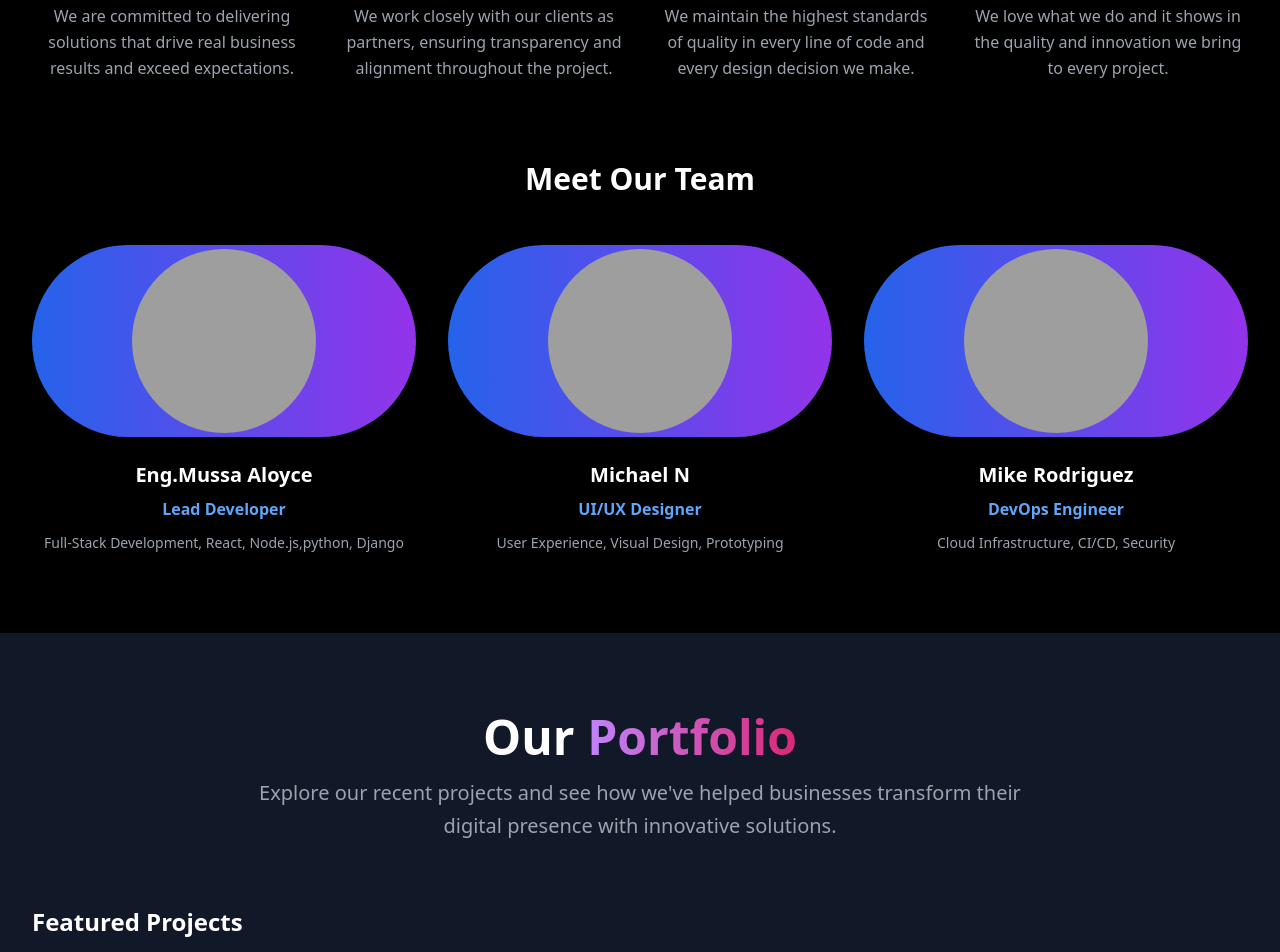
Repository: naza-webtech/nazawebtech.com
Page: /
These files come from the project's save history. The page is drawn as it stood at one moment and after the next save; the edit follows.
The browser window is 1280 px wide. The pictures show the part of the page from y = 3939 to 4891 px (the page is 9097 px tall).
Pictures or frames that could not be fetched are drawn as grey boxes. The project was rebuilt for these pictures with package versions that can differ from the ones it lists, and the page was loaded fresh each time. Also part of the build but not shown: vite.config.ts.

Above is the page before, as saved 2025-11-14 09:20:07.

### index.html
<!doctype html>
<html lang="en">
  <head>
    <meta charset="UTF-8" />
    <link rel="icon" type="image/svg+xml" href="/vite.svg" />
    <meta name="viewport" content="width=device-width, initial-scale=1.0" />
    <title>NazaWebTech - Web Development & Digital Solutions</title>
    <meta name="description" content="Transform your business with innovative web development, mobile apps, and digital solutions. Expert team delivering cutting-edge technology solutions.">
    <meta name="keywords" content="web development, mobile apps, e-commerce, digital solutions, React, Next.js, technology consulting">
  </head>
  <body>
    <div id="root"></div>
    <script type="module" src="/src/main.tsx"></script>
  </body>
</html>

### src/App.tsx
import React from 'react';
import Header from './components/Header';
import Hero from './components/Hero';
import Services from './components/Services';
import About from './components/About';
import Portfolio from './components/Portfolio';
import Testimonials from './components/Testimonials';
import Contact from './components/Contact';
import Footer from './components/Footer';

function App() {
  return (
    <div className="bg-black">
      <Header />
      <Hero />
      <Services />
      <About />
      <Portfolio />
      <Testimonials />
      <Contact />
      <Footer />
    </div>
  );
}

export default App;

### src/components/Header.tsx
import React, { useState, useEffect } from 'react';
import { Menu, X, Code2 } from 'lucide-react';

const Header = () => {
  const [isMenuOpen, setIsMenuOpen] = useState(false);
  const [isScrolled, setIsScrolled] = useState(false);

  useEffect(() => {
    const handleScroll = () => {
      setIsScrolled(window.scrollY > 50);
    };
    window.addEventListener('scroll', handleScroll);
    return () => window.removeEventListener('scroll', handleScroll);
  }, []);

  const navItems = [
    { label: 'Home', href: '#home' },
    { label: 'Services', href: '#services' },
    { label: 'About', href: '#about' },
    { label: 'Portfolio', href: '#portfolio' },
    { label: 'Contact', href: '#contact' },
  ];

  const scrollToSection = (href: string) => {
    const element = document.querySelector(href);
    if (element) {
      element.scrollIntoView({ behavior: 'smooth' });
      setIsMenuOpen(false);
    }
  };

  return (
    <header className={`fixed top-0 left-0 right-0 z-50 transition-all duration-300 ${
      isScrolled ? 'bg-gray-900/95 backdrop-blur-md shadow-lg' : 'bg-transparent'
    }`}>
      <div className="max-w-7xl mx-auto px-4 sm:px-6 lg:px-8">
        <div className="flex items-center justify-between h-16">
          <div className="flex items-center space-x-2">
            <Code2 className="h-8 w-8 text-blue-500" />
            <span className="text-xl font-bold text-white">NazaWebTech</span>
          </div>

          <nav className="hidden md:flex items-center space-x-8">
            {navItems.map((item) => (
              <button
                key={item.label}
                onClick={() => scrollToSection(item.href)}
                className="text-gray-300 hover:text-white transition-colors duration-200 font-medium"
              >
                {item.label}
              </button>
            ))}
            <button
              onClick={() => scrollToSection('#contact')}
              className="bg-blue-600 hover:bg-blue-700 text-white px-6 py-2 rounded-full transition-colors duration-200 font-medium"
            >
              Get Started
            </button>
          </nav>

          <button
            className="md:hidden text-white"
            onClick={() => setIsMenuOpen(!isMenuOpen)}
          >
            {isMenuOpen ? <X size={24} /> : <Menu size={24} />}
          </button>
        </div>

        {/* Mobile menu */}
        {isMenuOpen && (
          <div className="md:hidden bg-gray-900/95 backdrop-blur-md rounded-lg mt-2 p-4">
            {navItems.map((item) => (
              <button
                key={item.label}
                onClick={() => scrollToSection(item.href)}
                className="block w-full text-left text-gray-300 hover:text-white py-2 transition-colors duration-200"
              >
                {item.label}
              </button>
            ))}
            <button
              onClick={() => scrollToSection('#contact')}
              className="w-full bg-blue-600 hover:bg-blue-700 text-white px-6 py-2 rounded-full transition-colors duration-200 mt-4"
            >
              Get Started
            </button>
          </div>
        )}
      </div>
    </header>
  );
};

export default Header;

### src/components/Hero.tsx
import React from 'react';
import { ArrowRight, Play } from 'lucide-react';

const Hero = () => {
  const scrollToSection = (href: string) => {
    const element = document.querySelector(href);
    if (element) {
      element.scrollIntoView({ behavior: 'smooth' });
    }
  };

  return (
    <section id="home" className="relative min-h-screen flex items-center justify-center overflow-hidden">
      {/* Background */}
      <div className="absolute inset-0 bg-gradient-to-br from-gray-900 via-gray-800 to-black">
        <div className="absolute inset-0 bg-[url('https://images.pexels.com/photos/546819/pexels-photo-546819.jpeg')] bg-cover bg-center opacity-10"></div>
        <div className="absolute inset-0 bg-gradient-to-r from-blue-600/20 to-purple-600/20"></div>
      </div>

      {/* Animated particles */}
      <div className="absolute inset-0">
        {[...Array(20)].map((_, i) => (
          <div
            key={i}
            className="absolute w-2 h-2 bg-blue-500 rounded-full opacity-30 animate-pulse"
            style={{
              left: `${Math.random() * 100}%`,
              top: `${Math.random() * 100}%`,
              animationDelay: `${Math.random() * 3}s`,
              animationDuration: `${2 + Math.random() * 3}s`,
            }}
          />
        ))}
      </div>

      <div className="relative z-10 max-w-7xl mx-auto px-4 sm:px-6 lg:px-8 text-center">
        <div className="max-w-4xl mx-auto">
          <h1 className="text-5xl md:text-7xl font-bold text-white mb-6 leading-tight">
            <span className="bg-gradient-to-r from-blue-400 to-purple-600 bg-clip-text text-transparent">
              Crafting
            </span>{' '}
            Digital Excellence
          </h1>

          <p className="text-xl md:text-2xl text-gray-300 mb-8 leading-relaxed max-w-3xl mx-auto">
            We transform your vision into powerful digital experiences through cutting-edge web development,
            innovative design, and strategic technology solutions.
          </p>

          <div className="flex flex-col sm:flex-row items-center justify-center gap-4 mb-12">
            <button
              onClick={() => scrollToSection('#services')}
              className="group bg-blue-600 hover:bg-blue-700 text-white px-8 py-4 rounded-full font-semibold transition-all duration-300 transform hover:scale-105 hover:shadow-xl flex items-center gap-2"
            >
              Explore Our Services
              <ArrowRight className="w-5 h-5 group-hover:translate-x-1 transition-transform duration-300" />
            </button>

            <button
              onClick={() => scrollToSection('#portfolio')}
              className="group bg-transparent border-2 border-white text-white hover:bg-white hover:text-gray-900 px-8 py-4 rounded-full font-semibold transition-all duration-300 flex items-center gap-2"
            >
              <Play className="w-5 h-5" />
              View Our Work
            </button>
          </div>

          <div className="grid grid-cols-1 md:grid-cols-3 gap-8 mt-16">
            <div className="text-center">
              <div className="text-4xl font-bold text-blue-400 mb-2">50+</div>
              <div className="text-gray-400">Projects Completed</div>
            </div>
            <div className="text-center">
              <div className="text-4xl font-bold text-emerald-400 mb-2">5+</div>
              <div className="text-gray-400">Years Experience</div>
            </div>
            <div className="text-center">
              <div className="text-4xl font-bold text-orange-400 mb-2">100%</div>
              <div className="text-gray-400">Client Satisfaction</div>
            </div>
          </div>
        </div>
      </div>

      {/* Scroll indicator */}
      <div className="absolute bottom-8 left-1/2 transform -translate-x-1/2 animate-bounce">
        <div className="w-6 h-10 border-2 border-white rounded-full flex justify-center">
          <div className="w-1 h-3 bg-white rounded-full mt-2 animate-pulse"></div>
        </div>
      </div>
    </section>
  );
};

export default Hero;

### src/components/About.tsx
import React from 'react';
import { Users, Award, Target, Heart } from 'lucide-react';

const About = () => {
  const values = [
    {
      icon: <Target className="w-6 h-6" />,
      title: 'Mission-Driven',
      description: 'We are committed to delivering solutions that drive real business results and exceed expectations.'
    },
    {
      icon: <Users className="w-6 h-6" />,
      title: 'Collaborative',
      description: 'We work closely with our clients as partners, ensuring transparency and alignment throughout the project.'
    },
    {
      icon: <Award className="w-6 h-6" />,
      title: 'Excellence',
      description: 'We maintain the highest standards of quality in every line of code and every design decision we make.'
    },
    {
      icon: <Heart className="w-6 h-6" />,
      title: 'Passionate',
      description: 'We love what we do and it shows in the quality and innovation we bring to every project.'
    }
  ];

  const team = [
    {
      name: 'Eng.Mussa Aloyce',
      role: 'Lead Developer',
      image: 'p',
      expertise: 'Full-Stack Development, React, Node.js,python, Django'
    },
    {
      name: 'Michael N',
      role: 'UI/UX Designer',
      image: 'https://images.pexels.com/photos/774909/pexels-photo-774909.jpeg',
      expertise: 'User Experience, Visual Design, Prototyping'
    },
    {
      name: 'Mike Rodriguez',
      role: 'DevOps Engineer',
      image: 'https://images.pexels.com/photos/697509/pexels-photo-697509.jpeg',
      expertise: 'Cloud Infrastructure, CI/CD, Security'
    }
  ];

  return (
    <section id="about" className="py-20 bg-black">
      <div className="max-w-7xl mx-auto px-4 sm:px-6 lg:px-8">
        <div className="text-center mb-16">
          <h2 className="text-4xl md:text-5xl font-bold text-white mb-4">
            About <span className="bg-gradient-to-r from-emerald-400 to-blue-600 bg-clip-text text-transparent">NazaWebTech</span>
          </h2>
          <p className="text-xl text-gray-400 max-w-3xl mx-auto leading-relaxed">
            We're a passionate team of developers, designers, and strategists dedicated to creating
            exceptional digital experiences that drive business growth.
          </p>
        </div>

        <div className="grid grid-cols-1 lg:grid-cols-2 gap-16 items-center mb-20">
          <div>
            <h3 className="text-3xl font-bold text-white mb-6">Our Story</h3>
            <p className="text-gray-300 mb-6 leading-relaxed">
              Founded in 2019, NazaWebTech began as a vision to bridge the gap between cutting-edge
              technology and business success. We've grown from a small startup to a trusted partner
              for businesses ranging from startups to enterprise corporations.
            </p>
            <p className="text-gray-300 mb-6 leading-relaxed">
              Our approach combines technical expertise with deep business understanding, ensuring
              that every solution we create not only works flawlessly but also drives measurable
              results for our clients.
            </p>
            <div className="flex items-center space-x-8">
              <div>
                <div className="text-2xl font-bold text-emerald-400">50+</div>
                <div className="text-gray-400 text-sm">Happy Clients</div>
              </div>
              <div>
                <div className="text-2xl font-bold text-blue-400">100+</div>
                <div className="text-gray-400 text-sm">Projects</div>
              </div>
              <div>
                <div className="text-2xl font-bold text-orange-400">5+</div>
                <div className="text-gray-400 text-sm">Years</div>
              </div>
            </div>
          </div>

          <div className="relative">
            <div className="absolute inset-0 bg-gradient-to-r from-blue-600 to-purple-600 rounded-2xl transform rotate-3"></div>
            <img
              src="https://images.pexels.com/photos/3183150/pexels-photo-3183150.jpeg"
              alt="Team working"
              className="relative rounded-2xl w-full h-96 object-cover"
            />
          </div>
        </div>

        <div className="mb-20">
          <h3 className="text-3xl font-bold text-white text-center mb-12">Our Values</h3>
          <div className="grid grid-cols-1 md:grid-cols-2 lg:grid-cols-4 gap-8">
            {values.map((value, index) => (
              <div key={index} className="text-center">
                <div className="bg-gradient-to-r from-blue-600 to-purple-600 w-12 h-12 rounded-full flex items-center justify-center mx-auto mb-4 text-white">
                  {value.icon}
                </div>
                <h4 className="text-xl font-bold text-white mb-3">{value.title}</h4>
                <p className="text-gray-400 leading-relaxed">{value.description}</p>
              </div>
            ))}
          </div>
        </div>

        <div>
          <h3 className="text-3xl font-bold text-white text-center mb-12">Meet Our Team</h3>
          <div className="grid grid-cols-1 md:grid-cols-3 gap-8">
            {team.map((member, index) => (
              <div key={index} className="group text-center">
                <div className="relative mb-6">
                  <div className="absolute inset-0 bg-gradient-to-r from-blue-600 to-purple-600 rounded-full transform group-hover:scale-105 transition-transform duration-300"></div>
                  <img
                    src={member.image}
                    alt={member.name}
                    className="relative w-48 h-48 rounded-full object-cover mx-auto p-1"
                  />
                </div>
                <h4 className="text-xl font-bold text-white mb-2">{member.name}</h4>
                <p className="text-blue-400 font-semibold mb-3">{member.role}</p>
                <p className="text-gray-400 text-sm">{member.expertise}</p>
              </div>
            ))}
          </div>
        </div>
      </div>
    </section>
  );
};

export default About;

### src/components/Testimonials.tsx
import React from 'react';
import { Star, Quote } from 'lucide-react';

const Testimonials = () => {
  const testimonials = [
    {
      name: 'M',
      role: 'CEO, TechStart Inc.',
      image: 'https://images.pexels.com/photos/415829/pexels-photo-415829.jpeg',
      content: 'NazaWebTech transformed our outdated website into a modern, high-performing platform that increased our conversions by 200%. Their attention to detail and technical expertise is unmatched.',
      rating: 5
    },
    {
      name: 'David Kim',
      role: 'Founder, EcoCommerce',
      image: 'https://images.pexels.com/photos/1222271/pexels-photo-1222271.jpeg',
      content: 'Working with NazaWebTech was a game-changer for our e-commerce business. They delivered a scalable solution that handles our peak traffic seamlessly. Highly recommended!',
      rating: 5
    },
    {
      name: 'Maria Santos',
      role: 'CTO, HealthTech Solutions',
      image: 'https://images.pexels.com/photos/733872/pexels-photo-733872.jpeg',
      content: 'The team\'s expertise in healthcare technology and compliance requirements was impressive. They delivered a HIPAA-compliant platform that exceeds all our expectations.',
      rating: 5
    },
    {
      name: 'Robert Chen',
      role: 'Director, Financial Services',
      image: 'https://images.pexels.com/photos/1043471/pexels-photo-1043471.jpeg',
      content: 'Security and performance were our top priorities, and NazaWebTech delivered on both fronts. Our mobile app has been running flawlessly with zero security incidents.',
      rating: 5
    }
  ];

  return (
    <section className="py-20 bg-black">
      <div className="max-w-7xl mx-auto px-4 sm:px-6 lg:px-8">
        <div className="text-center mb-16">
          <h2 className="text-4xl md:text-5xl font-bold text-white mb-4">
            What Our <span className="bg-gradient-to-r from-yellow-400 to-orange-600 bg-clip-text text-transparent">Clients Say</span>
          </h2>
          <p className="text-xl text-gray-400 max-w-3xl mx-auto leading-relaxed">
            Don't just take our word for it. Here's what our clients have to say about
            working with NazaWebTech.
          </p>
        </div>

        <div className="grid grid-cols-1 md:grid-cols-2 gap-8">
          {testimonials.map((testimonial, index) => (
            <div
              key={index}
              className="group bg-gray-900/50 backdrop-blur-sm rounded-2xl p-8 border border-gray-700/50 hover:border-yellow-500/50 transition-all duration-300 hover:transform hover:scale-105 hover:shadow-2xl relative"
            >
              <Quote className="absolute top-6 right-6 w-8 h-8 text-yellow-500/20" />

              <div className="flex items-center mb-6">
                <img
                  src={testimonial.image}
                  alt={testimonial.name}
                  className="w-16 h-16 rounded-full object-cover mr-4"
                />
                <div>
                  <h4 className="text-xl font-bold text-white">{testimonial.name}</h4>
                  <p className="text-gray-400">{testimonial.role}</p>
                </div>
              </div>

              <div className="flex mb-4">
                {[...Array(testimonial.rating)].map((_, starIndex) => (
                  <Star key={starIndex} className="w-5 h-5 text-yellow-500 fill-current" />
                ))}
              </div>

              <p className="text-gray-300 leading-relaxed italic">
                "{testimonial.content}"
              </p>
            </div>
          ))}
        </div>

        <div className="text-center mt-16">
          <div className="inline-flex items-center space-x-8 bg-gray-900/50 rounded-full px-8 py-4 border border-gray-700/50">
            <div className="text-center">
              <div className="text-2xl font-bold text-yellow-400">4.9/5</div>
              <div className="text-gray-400 text-sm">Average Rating</div>
            </div>
            <div className="w-px h-12 bg-gray-700"></div>
            <div className="text-center">
              <div className="text-2xl font-bold text-yellow-400">50+</div>
              <div className="text-gray-400 text-sm">Happy Clients</div>
            </div>
            <div className="w-px h-12 bg-gray-700"></div>
            <div className="text-center">
              <div className="text-2xl font-bold text-yellow-400">100%</div>
              <div className="text-gray-400 text-sm">Satisfaction</div>
            </div>
          </div>
        </div>
      </div>
    </section>
  );
};

export default Testimonials;

Loaded but not shown: src/main.tsx (common file); src/index.css (common file); tailwind.config.js (common file); src/components/Portfolio.tsx (201 lines, source omitted); src/components/Contact.tsx (201 lines, source omitted); src/components/Services.tsx (136 lines, source omitted); src/components/Footer.tsx (142 lines, source omitted)

After the next save:
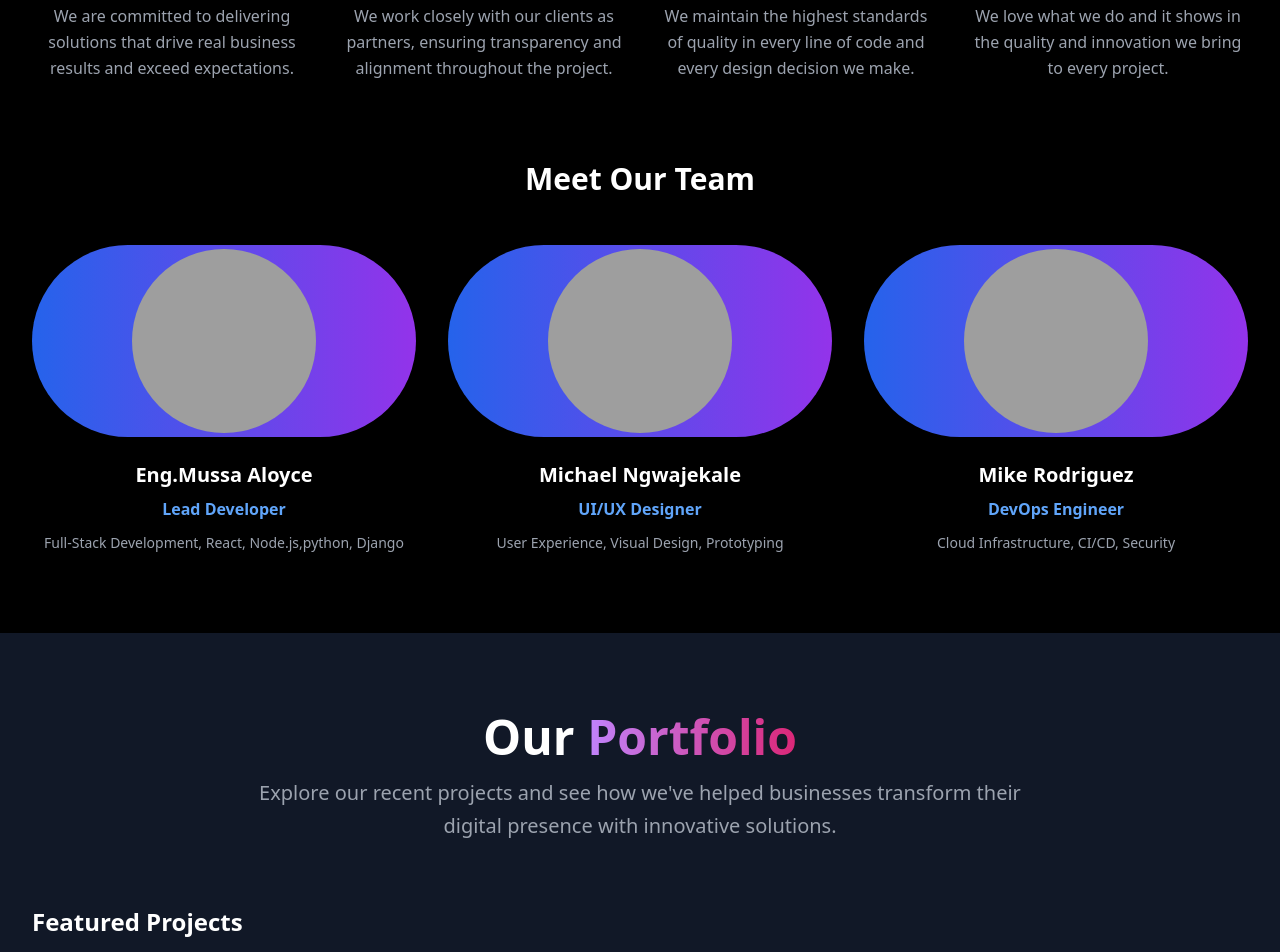
Saved 4 s later.
--- a/src/components/About.tsx
+++ b/src/components/About.tsx
@@ -33,7 +33,7 @@ const About = () => {
       expertise: 'Full-Stack Development, React, Node.js,python, Django'
     },
     {
-      name: 'Michael N',
+      name: 'Michael Ngwajekale',
       role: 'UI/UX Designer',
       image: 'https://images.pexels.com/photos/774909/pexels-photo-774909.jpeg',
       expertise: 'User Experience, Visual Design, Prototyping'
